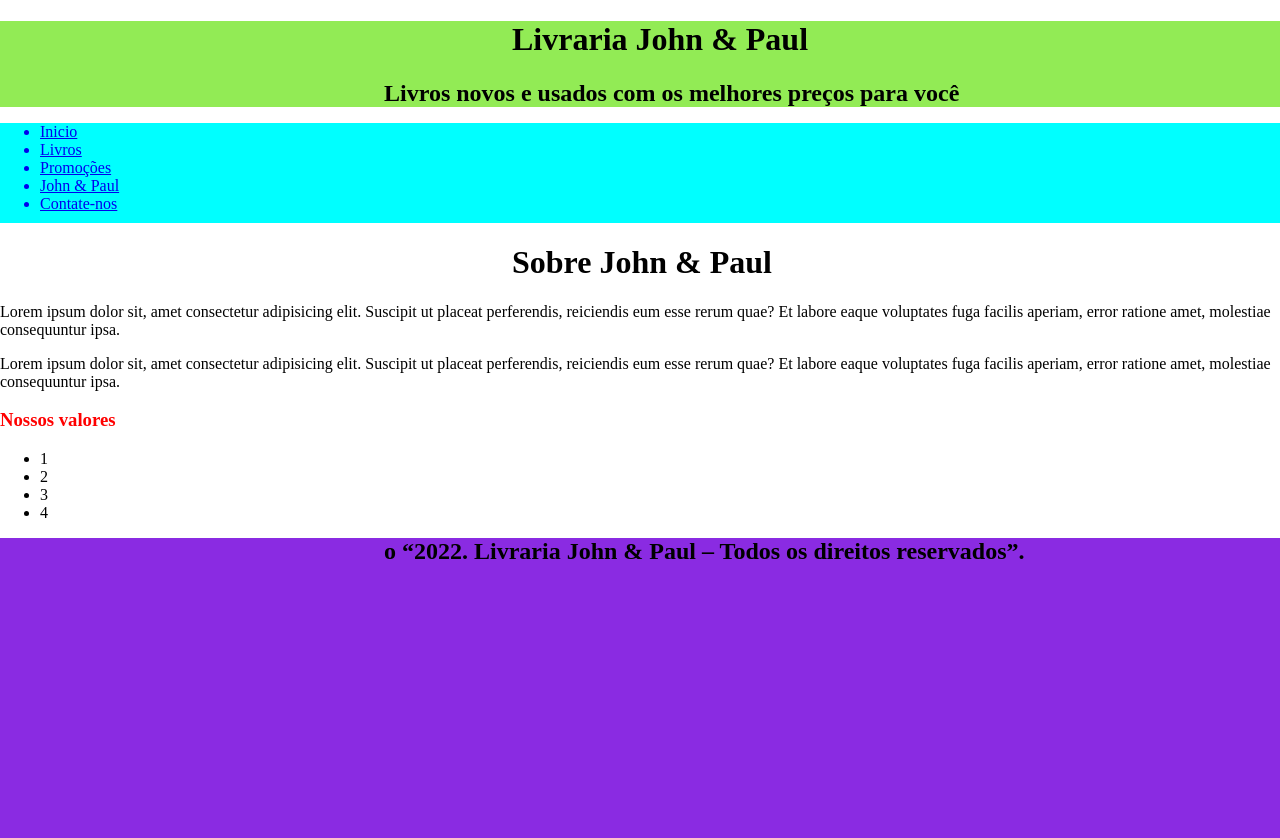
Repository: MarcoantonioCaldeira/Aprendizados-e-Conhecimentos
Page: Projeto-livraria/pages/sobre.html
An editor plug-in stored every save of this project. The page is shown before and after the next save, followed by the edit.
The browser window is 1280 px wide. The pictures show the whole page.

Above is the page before, as saved 2022-05-25 13:23:48.

### Projeto-livraria/pages/sobre.html
<!DOCTYPE html>
<html lang="pt-BR">
    <head>
       <meta charset="utf-8">
       <link rel="stylesheet" href="../css/estilo.css">
       <title>Projeto livraria</title>
    </head>
    <body>
        <div id="topo">
            <h1>Livraria John & Paul</h1>
            <h2>Livros novos e usados com os melhores preços para você</h2>
        </div>

        <div id="menu">
            <ul>
                <a href="#"><li>Inicio</li></a>
                <a href="#"><li>Livros</li></a>
                <a href="#"><li>Promoções</li></a>
                <a href="pages/sobre.html"><li>John & Paul</li></a>
                <a href="#"><li>Contate-nos</li></a>
            </ul>
        </div>

        <div class="Sobre">
            <h1>Sobre John & Paul</h1>

            <p>Lorem ipsum dolor sit, amet consectetur adipisicing elit. Suscipit
              ut placeat perferendis, reiciendis eum esse rerum quae? Et labore
              eaque voluptates fuga facilis aperiam, error ratione amet, molestiae
              consequuntur ipsa.</p>

            <p>Lorem ipsum dolor sit, amet consectetur adipisicing elit. Suscipit
              ut placeat perferendis, reiciendis eum esse rerum quae? Et labore
              eaque voluptates fuga facilis aperiam, error ratione amet, molestiae
              consequuntur ipsa.</p>


            <h3 style="color:red;">Nossos valores</h3>

            <ul>
              <li>1</li>
              <li>2</li>
              <li>3</li>
              <li>4</li>
            </ul>
        </div>
        <div id="rodape">
            <h2>o “2022. Livraria John & Paul – Todos os direitos reservados”.</h2>
        </div>
    </body>
</html>

### Projeto-livraria/css/estilo.css
body, body, h2{
    margin: 0;
    padding: 0;
}

#topo{
    width: 100%;
    height: 10%;
    background-color: rgba(120, 231, 45, 0.808);
}

#menu{
    background-color: aqua;
    width: 100%;
    height: 100px;
}

.destaques{
    background-color: rgb(21, 64, 204);
    width: 100%;
    height: 2500px;
}

h1{
    margin-left: 40%;
}

h2{
    margin-left: 30%;
}

#rodape{
    width: 100%;
    height: 300px;
    background-color: blueviolet;

}

After the next save:
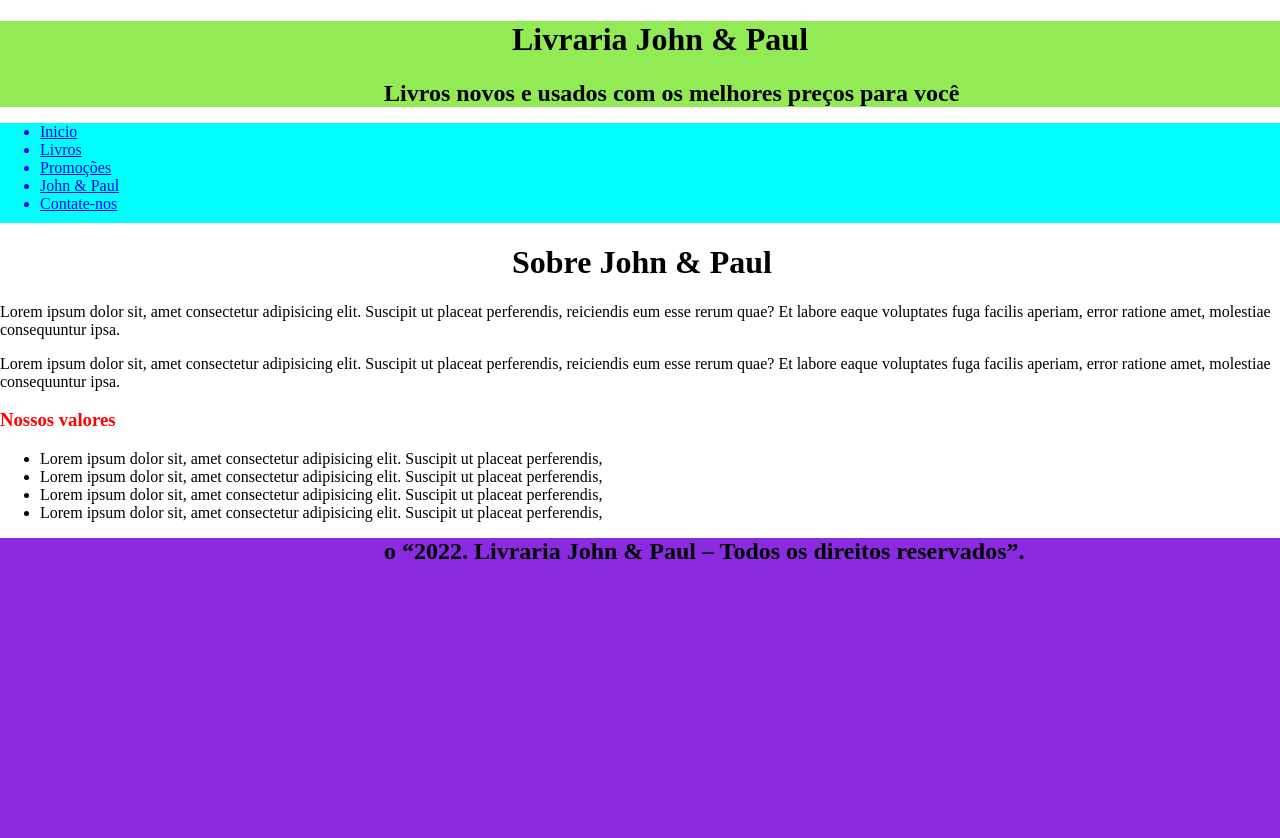
Saved 49 s later.
--- a/Projeto-livraria/pages/sobre.html
+++ b/Projeto-livraria/pages/sobre.html
@@ -38,10 +38,14 @@
             <h3 style="color:red;">Nossos valores</h3>
 
             <ul>
-              <li>1</li>
-              <li>2</li>
-              <li>3</li>
-              <li>4</li>
+              <li>Lorem ipsum dolor sit, amet consectetur adipisicing elit. Suscipit
+                ut placeat perferendis,</li>
+              <li>Lorem ipsum dolor sit, amet consectetur adipisicing elit. Suscipit
+                ut placeat perferendis,</li>
+              <li>Lorem ipsum dolor sit, amet consectetur adipisicing elit. Suscipit
+                ut placeat perferendis,</li>
+              <li>Lorem ipsum dolor sit, amet consectetur adipisicing elit. Suscipit
+                ut placeat perferendis,</li>
             </ul>
         </div>
         <div id="rodape">
